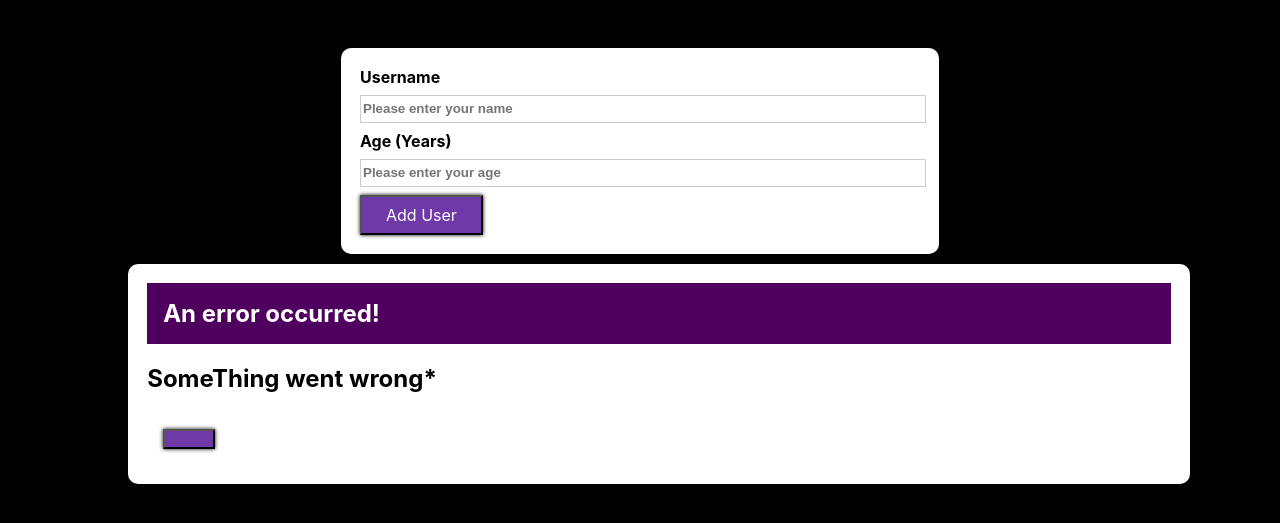
Repository: NamalPathirana/section-eight
Page: /
The author's editor kept a copy of each file at every save. The page is drawn from the files as they stood at one save, then again after the next save.
The browser window is 1280 px wide. The pictures show the whole page.
The project was rebuilt for these pictures with package versions that can differ from the ones it lists, and the page was loaded fresh each time. Also part of the build but not shown: src/App.module.css.

Above is the page before, as saved 2021-12-04 14:19:09.

### src/index.css
body {
  margin: 0;
  padding: 0%;
  height: 100%;
  width: 100%;
  display: flex;
  flex-direction: column;
  background-color: black;
  font-family: -apple-system, BlinkMacSystemFont, 'Segoe UI', 'Roboto', 'Oxygen',
    'Ubuntu', 'Cantarell', 'Fira Sans', 'Droid Sans', 'Helvetica Neue',
    sans-serif;
  -webkit-font-smoothing: antialiased;
  -moz-osx-font-smoothing: grayscale;
}

code {
  font-family: source-code-pro, Menlo, Monaco, Consolas, 'Courier New',
    monospace;
}

### src/App.js
import styles from "./App.module.css";
import react, { useState } from "react";
import UserInput from "./Components/UserInput/UserInput";
import UserList from "./Components/UserList/UserList";
import Card from "./UI/Card/Card";

function App() {
  const [listOfEntries, SetListOfEntries] = useState([
    { key: 0, name: "Dave", age: "000" },
    { key: 1, name: "looper", age: "29" },
  ]);

  const UserEntryCallbackHandler = (props) => {
    SetListOfEntries((prevListOfEntries) => {
      const tempList = [...prevListOfEntries];
      tempList.unshift({
        key: Math.random(),
        name: props.name,
        age: props.age,
      });
      return tempList;
    });
    console.log(listOfEntries);
  };

  const entryDeletionCallback = (entryKey) => {
    SetListOfEntries((perEntry) => {
      const updatedEntries = perEntry.filter((entry) => {
        return entry.key !== entryKey;
      });
      return updatedEntries;
    });
  };

  let UserInfoSegment = <Card><h3 className={styles.block}>No Entries Exists To Display</h3></Card>;

  if (listOfEntries.length > 0) {
    UserInfoSegment = (
      <UserList
        items={listOfEntries}
        deletionHandler={entryDeletionCallback}
      ></UserList>
    );
  }

  return (
    <div className="App">
      <section>
        <UserInput onUserEntry={UserEntryCallbackHandler}></UserInput>
      </section>
      <section>
      {UserInfoSegment}
      </section>
    </div>
  );
}

export default App;

### src/Components/UserInput/UserInput.js
import Button from "../../UI/Button/Button";
import styles from "./UserInput.module.css";
import { useState } from "react";
import Card from "../../UI/Card/Card";
import ErrorModal from "../../UI/ErrorModal/ErrorModal";

const UserInput = (props) => {
  const userEntry = { key: 0, name: "lol", age: "25" };

  const [username, SetUserName] = useState("");
  const [age, SetAge] = useState("");
  const [isValid, SetIsValid] = useState(true);

  const NameInputHandler = (props) => {
    SetUserName(props.target.value);

    if (props.target.value.length > 0) {
      SetIsValid(true);
    }
    // console.log('[UserInput.js / userName : ]'+username)
  };

  const AgeInputHandler = (props) => {
    SetAge(props.target.value);
    if (props.target.value.length > 0) {
      SetIsValid(true);
    }
    // console.log('[UserInput.js / userName : ]'+age);
  };

  const FormSubmitHandler = (event) => {
    event.preventDefault();

    if (username.length === 0) {
      SetIsValid(false);
      return;
    }
    if(+age<1){
        SetIsValid(false);
        return;
    }

    userEntry.key = Math.random();
    userEntry.name = username;
    userEntry.age = age;

    props.onUserEntry(userEntry);

    SetUserName("");
    SetAge("");
  };

  return (
    <div>
    <ErrorModal title="An error occurred!" message='SomeThing went wrong*'></ErrorModal>
    <Card>
      <form onSubmit={FormSubmitHandler}>
        <div className={styles.frame}>
          <label className={`${!isValid ? styles.inValid : ""}`}>
            Username
          </label>
          <input
            placeholder="Please enter your name"
            type="text"
            onChange={NameInputHandler}
            className={!isValid ? styles.inValid : ""}
            value={username}
          />
          <label className={`${!isValid ? styles.inValid : ""}`}>
            Age (Years)
          </label>
          <input
            placeholder="Please enter your age"
            type="number"
            max="120"
            maxLength="2"
            min="12"
            onChange={AgeInputHandler}
            value={age}
            className={`${!isValid ? styles.inValid : ""}`}
          />
          <Button name="Add User" type="submit"></Button>
        </div>
      </form>
    </Card>
    </div>
  );
};

export default UserInput;

### src/Components/UserList/UserList.js
import styles from './UserList.module.css';
import UserListItem from '../UserListItem/UserListItem'
import Card from '../../UI/Card/Card';


const UserList = (props) => {

    const listUserItems = props.items.map(row=>{
        return  <UserListItem key={row.key} name={row.name} age={row.age} clicked={()=>{props.deletionHandler(row.key)}}/>;
    });

    return(
        <Card>
        <div className={styles.frame}>
           {listUserItems}
        </div>
        </Card>
    );
}

export default UserList;

### src/UI/Card/Card.js
import styles from './Card.module.css';

const Card = (props) => {

    return (<div className={`${styles.card} ${props.className}`}>
        {props.children}
    </div>);

}

export default Card;

### src/UI/Button/Button.js
import styles from "./Button.module.css";

const Button = (props) => {
  return <button className={styles.button} type={props.type || 'button'}>{props.name}</button>;
};

export default Button;

### src/Components/UserInput/UserInput.module.css
.frame{

}

.frame input{
    display: block;
    font-weight: bold;
    border: 1px solid #ccc;
    line-height: 1.5rem;
    padding: 100 0.25rm;
    width: 100%;
    margin-bottom: 0.5rem;
}

.frame input:hover{
    border: 1px solid rgb(49, 45, 45);
}

label.inValid {
    color: red;
}

input.inValid {
    background-color: rgb(233, 161, 161);
    border: 1px solid red;
 }

.frame label{
    display: block;
    align-content: flex-start;
    font-weight: bold;
    margin-bottom: 0.5rem;
}

### src/UI/ErrorModal/ErrorModal.js
import styles from "./ErrorModal.module.css";
import Card from "../Card/Card";
import Button from "../Button/Button"

const ErrorModal = (props) => {
  return (
    <Card className={styles.modal}>
      <header className={styles.header} ><h2>{props.title}</h2></header>
      <h2 className={styles.message}>{props.message}</h2>
      <footer className={styles.actions}><Button>Close</Button></footer>
    </Card>
  );
};

export default ErrorModal;

### src/Components/UserList/UserList.module.css
.frame{

}

### src/Components/UserListItem/UserListItem.js
import styles from './UserListItem.module.css';


const UserListItem = (props) => {

    return(
        <div className={styles.list_item} onClick={props.clicked}>
            <h3>{props.name} ({props.age} Years Old)</h3>
        </div>
    );
}

export default UserListItem;

### src/UI/Card/Card.module.css
.card{
    margin: 0.5rem 0.5rem;
    padding: 1.2rem 1.2rem;
    width: 35rem;
    max-width: 90%;
    margin: 3rem auto;
    background-color: white;
    border-radius: 10px;
}

### src/UI/Button/Button.module.css
.button{
    font: inherit;
    padding: 0.5rem 1.5rem;
    background-color: rgb(112, 57, 168);
    color:white;
    box-shadow: 0 0 4px black;
    cursor: pointer;
    width: auto;
}

.button:focus{
    outline: none;
}

.button:hover,.button:active{
    background-color: rgb(185, 140, 231);
    border-color: rgb(185, 140, 231);
    box-shadow: 0 0 8px black;
}

### src/UI/ErrorModal/ErrorModal.module.css
.modal{
    position: fixed;
    top:30vh;
    left: 10%;
    width: 80%;
    z-index: 100;
    overflow: hidden;
}

.header{
    background: #4f005f;
    padding: 1rem;
}

.header h2{
    color: white;
    margin:0;
}

.content{
    padding: 1rem;
}

.actions{
    padding: 1rem;
    display: flex;
    justify-content: left;
}

### src/Components/UserListItem/UserListItem.module.css
.list_item{
    border: 1px solid gray;
    display: block;
    padding: 0.5rem 0.3rem;
    margin: 3px 0px;

}

.list_item:hover{
    background-color: antiquewhite;
}

.list_item:active{
    background-color: rgb(251, 199, 199);
}


.list_item h3{
    margin: 0px;
}

Loaded but not shown: public/index.html (common file); src/index.js (common file); src/reportWebVitals.js (common file)

After the next save:
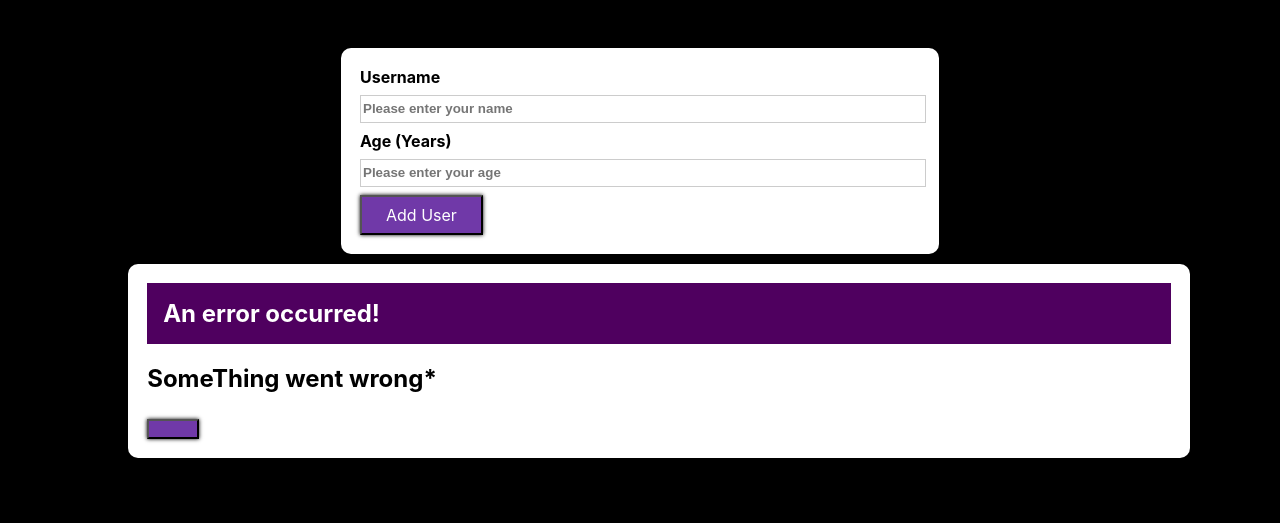
Saved 10 s later.
--- a/src/UI/ErrorModal/ErrorModal.module.css
+++ b/src/UI/ErrorModal/ErrorModal.module.css
@@ -21,7 +21,7 @@
     padding: 1rem;
 }
 
-.actions{
+.action{
     padding: 1rem;
     display: flex;
     justify-content: left;

After the save that followed:
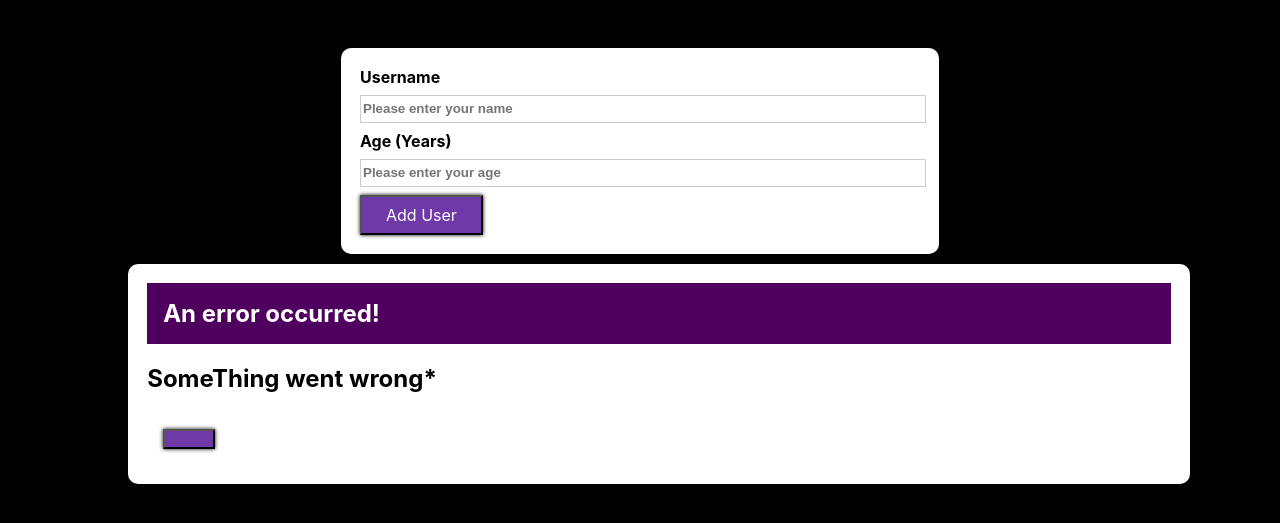
Saved 7 s later.
--- a/src/UI/ErrorModal/ErrorModal.js
+++ b/src/UI/ErrorModal/ErrorModal.js
@@ -7,7 +7,7 @@ const ErrorModal = (props) => {
     <Card className={styles.modal}>
       <header className={styles.header} ><h2>{props.title}</h2></header>
       <h2 className={styles.message}>{props.message}</h2>
-      <footer className={styles.actions}><Button>Close</Button></footer>
+      <footer className={styles.action}><Button>Close</Button></footer>
     </Card>
   );
 };
